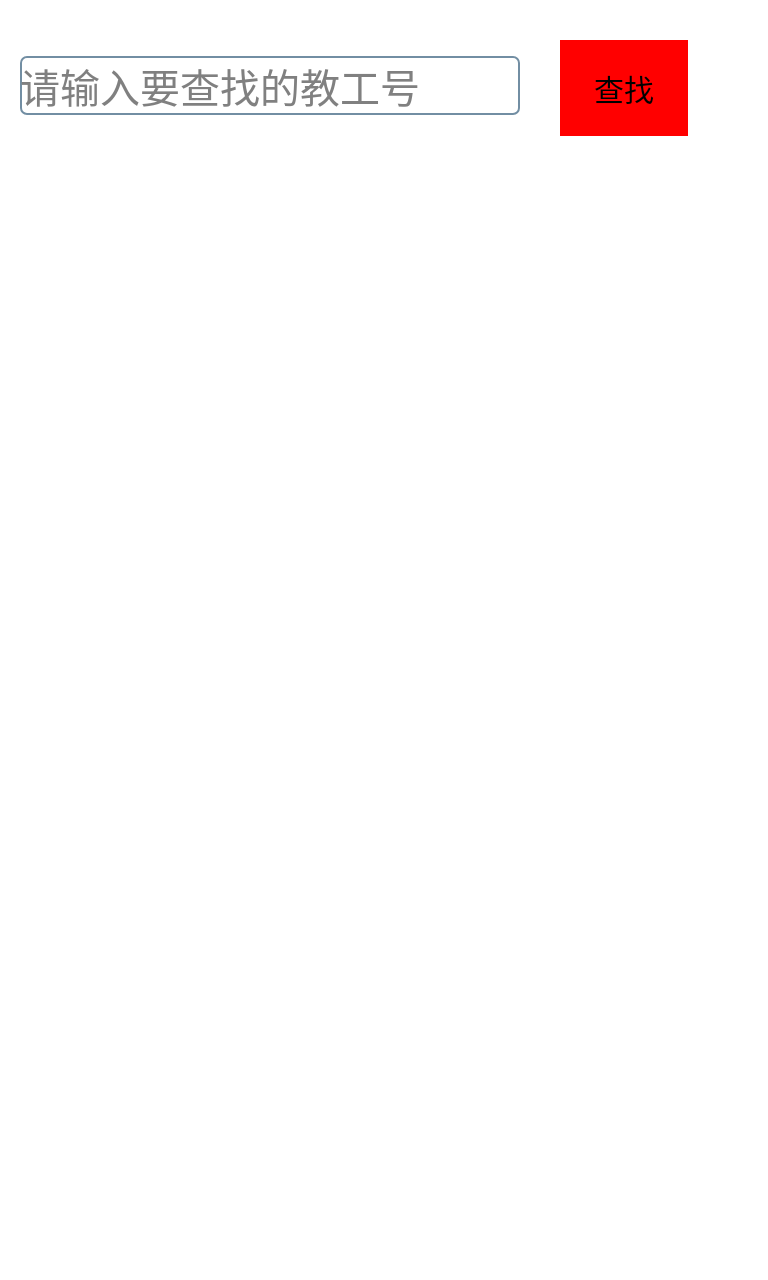
Repository: 15862175370/MyProject
Layout: 毕业设计系统源码_李伟/client/TeachSystem/res/layout/serchteacher.xml
An editor plug-in stored every save of this project. The layout is shown before and after the next save, followed by the edit.
It is drawn on a 768 x 1280 px phone screen (xhdpi) without system bars, with theme AppTheme; the app's code is not run. Lists and similar views that code fills are empty.

Above is the layout before, as saved 2016-05-20 10:08:32.

### 毕业设计系统源码_李伟/client/TeachSystem/res/layout/serchteacher.xml
<?xml version="1.0" encoding="utf-8"?>
<LinearLayout xmlns:android="http://schemas.android.com/apk/res/android"
    android:layout_width="match_parent"
    android:layout_height="match_parent"
    android:orientation="vertical" >

<LinearLayout
     android:id="@+id/cno"
      android:layout_width="match_parent"
        android:layout_height="wrap_content"
        android:orientation="horizontal"
        android:layout_marginTop="20dp"
        >

        <EditText
            android:hint="请输入要查找的教工号"
            android:layout_marginLeft="10dp"
            android:id="@+id/myteacher_tname"
         android:layout_width="250dp"
         android:layout_height="wrap_content"
          android:textSize="20dp"
         android:background="@drawable/biankuang"
            />
      <Button
          android:layout_marginLeft="20dp"
      android:layout_width="wrap_content"
      android:layout_height="wrap_content"
      android:text="查找"
      android:textSize="15dp"
      android:background="#ff0000"
        />
    </LinearLayout>
  <ListView
   android:id="@+id/mycourse"
   android:layout_height="match_parent"
   android:layout_width="match_parent" />

</LinearLayout>

### 毕业设计系统源码_李伟/client/TeachSystem/res/drawable/biankuang.xml
<?xml version="1.0" encoding="utf-8"?>
<shape xmlns:android="http://schemas.android.com/apk/res/android" >
     <solid android:color="#FFFFFF" />
    <corners android:radius="3dip"/>
    <stroke
        android:width="1dip"
        android:color="#728ea3" />

</shape>

Loaded but not shown: 毕业设计系统源码_李伟/client/TeachSystem/res/values/styles.xml (common file); 毕业设计系统源码_李伟/client/TeachSystem/res/values-v11/styles.xml (common file); 毕业设计系统源码_李伟/client/TeachSystem/res/values-v14/styles.xml (common file)

After the next save:
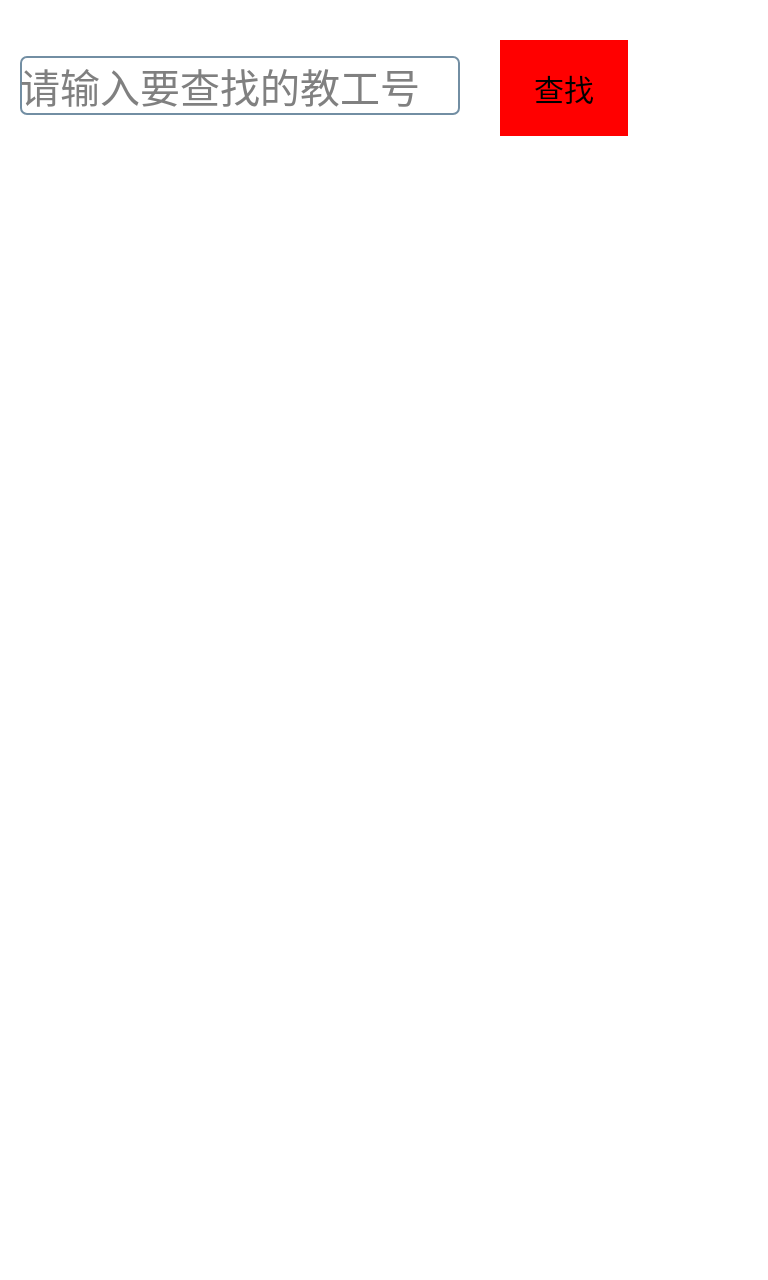
Saved 8 s later.
--- a/毕业设计系统源码_李伟/client/TeachSystem/res/layout/serchteacher.xml
+++ b/毕业设计系统源码_李伟/client/TeachSystem/res/layout/serchteacher.xml
@@ -16,7 +16,7 @@
             android:hint="请输入要查找的教工号"
             android:layout_marginLeft="10dp"
             android:id="@+id/myteacher_tname"
-         android:layout_width="250dp"
+         android:layout_width="220dp"
          android:layout_height="wrap_content"
           android:textSize="20dp"
          android:background="@drawable/biankuang"
